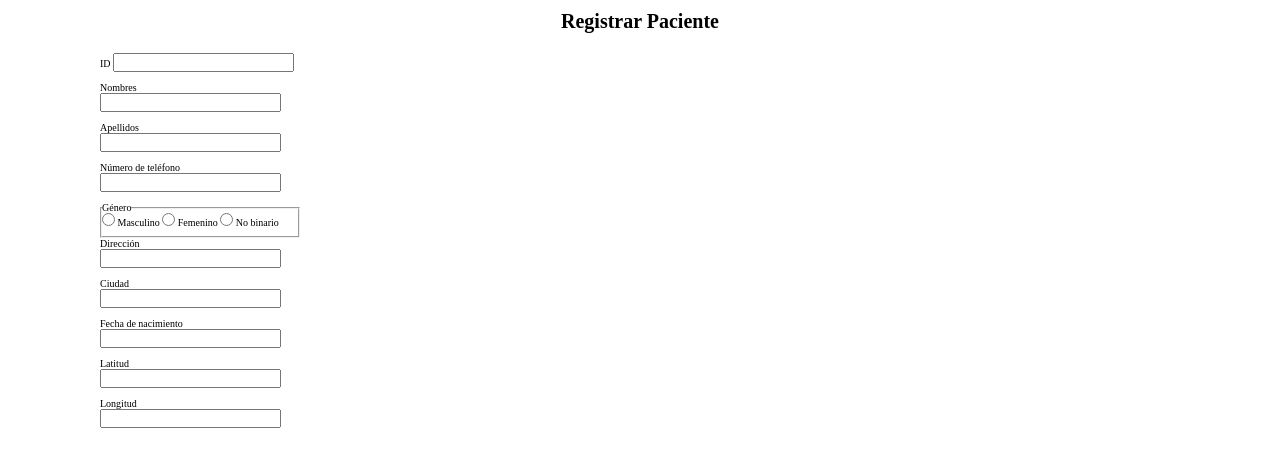
Repository: alexvl06/HospiEnCasa
Page: HospiEnCasa.App/HospiEnCasa.App.Frontend/pacientForm.html
The author's editor kept a copy of each file at every save. The page is drawn from the files as they stood at one save, then again after the next save.
The browser window is 1280 px wide. The pictures show the whole page.

Above is the page before, as saved 2022-07-05 16:51:01.

### HospiEnCasa.App/HospiEnCasa.App.Frontend/pacientForm.html
<!DOCTYPE html>
<html lang="es">
  <head>
    <meta charset="UTF-8" />
    <meta http-equiv="X-UA-Compatible" content="IE=edge" />
    <meta
      name="viewport"
      content="width=device-width
    , initial-scale=1.0"
    />
    <title>Formulario pacientes</title>
    <link rel="stylesheet" href="style.css" />
  </head>
  <body>
    <header>
      <h1>Registrar Paciente</h1>
    </header>
    <main>
      <form action="">
        <label for="id">
          <span>ID</span>
          <input type="text" name="id" id="id" required />
        </label>
        <label for="firstname">
          <span>Nombres</span>
          <input
            type="text"
            name="firstname"
            id="firstname"
            requiredphonenumber
          />
        </label>
        <label for="lastname">
          <span>Apellidos</span>
          <input type="text" name="lastname" id="lastname" required />
        </label>
        <label for="phonenumber">
          <span>Número de teléfono</span>
          <input type="text" name="phonenumber" id="phonenumber" required />
        </label>
        <label for="genre">

          <fieldset>
            <legend>Género</legend>
            <label for="male">
              <input type="radio" name="male" id="male" />
              <span>Masculino</span>
            </label>
            <label for="male">
              <input type="radio" name="female" id="female" />
              <span>Femenino</span>
            </label>
            <label for="male">
              <input type="radio" name="other" id="other" />
              <span>No binario</span>
            </label>
          </fieldset>
        </label>
        <label for="address">
          <span>Dirección</span>
          <input type="text" name="address" id="address" required />
        </label>
        <label for="city">
          <span>Ciudad</span>
          <input type="text" name="city" id="city" required />
        </label>
        <label for="birthdate">
          <span>Fecha de nacimiento</span>
          <input type="text" name="birthdate" id="birthdate" required />
        </label>
        <label for="lat">
          <span>Latitud</span>
          <input type="text" name="lat" id="lat" />
        </label>
        <label for="long">
          <span>Longitud</span>
          <input type="text" name="long" id="long" />
        </label>
      </form>
    </main>
  </body>
</html>

### HospiEnCasa.App/HospiEnCasa.App.Frontend/style.css
*{
  box-sizing: border-box;
  margin:0;
  padding: 0;
}

html{
  font-size: 62.5%;
}

h1{
  display:flex;
  justify-content: center;
  margin: 1rem;
}

form{
  display: flex;
  flex-direction: column;
  flex-wrap: wrap;
  width: 20rem;
  margin: 2rem 10rem;

}

form label input{
  margin-bottom: 1rem;
}

After the next save:
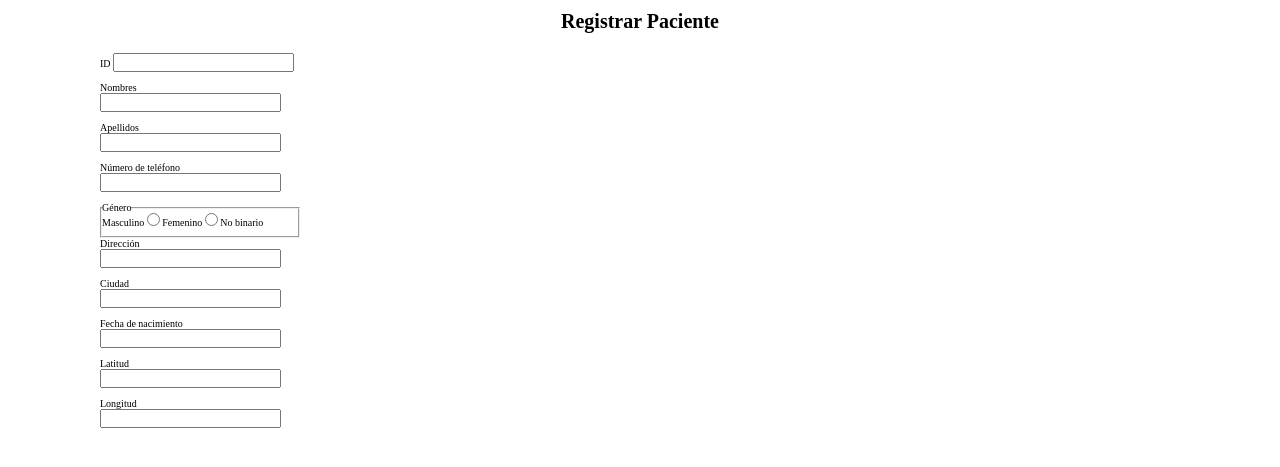
Saved 28 s later.
--- a/HospiEnCasa.App/HospiEnCasa.App.Frontend/pacientForm.html
+++ b/HospiEnCasa.App/HospiEnCasa.App.Frontend/pacientForm.html
@@ -43,7 +43,7 @@
           <fieldset>
             <legend>Género</legend>
             <label for="male">
-              <input type="radio" name="male" id="male" />
+              <ra type="radio" name="male" id="male" />
               <span>Masculino</span>
             </label>
             <label for="male">

After the save that followed:
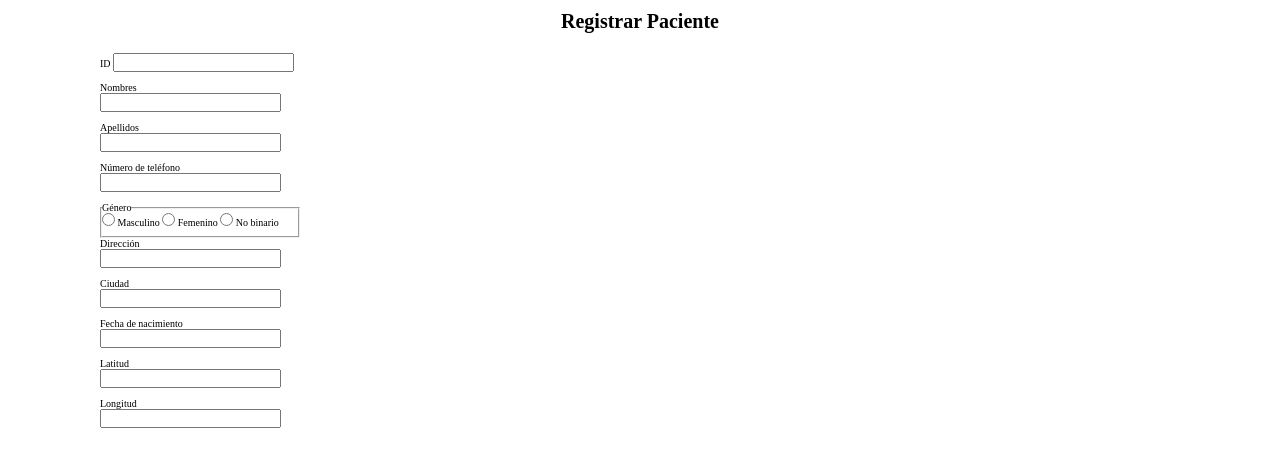
Saved 79 s later.
--- a/HospiEnCasa.App/HospiEnCasa.App.Frontend/pacientForm.html
+++ b/HospiEnCasa.App/HospiEnCasa.App.Frontend/pacientForm.html
@@ -43,15 +43,15 @@
           <fieldset>
             <legend>Género</legend>
             <label for="male">
-              <ra type="radio" name="male" id="male" />
+              <input type="radio" name="genre" id="male" />
               <span>Masculino</span>
             </label>
             <label for="male">
-              <input type="radio" name="female" id="female" />
+              <input type="radio" name="genre" id="female" />
               <span>Femenino</span>
             </label>
             <label for="male">
-              <input type="radio" name="other" id="other" />
+              <input type="radio" name="genre" id="other" />
               <span>No binario</span>
             </label>
           </fieldset>
